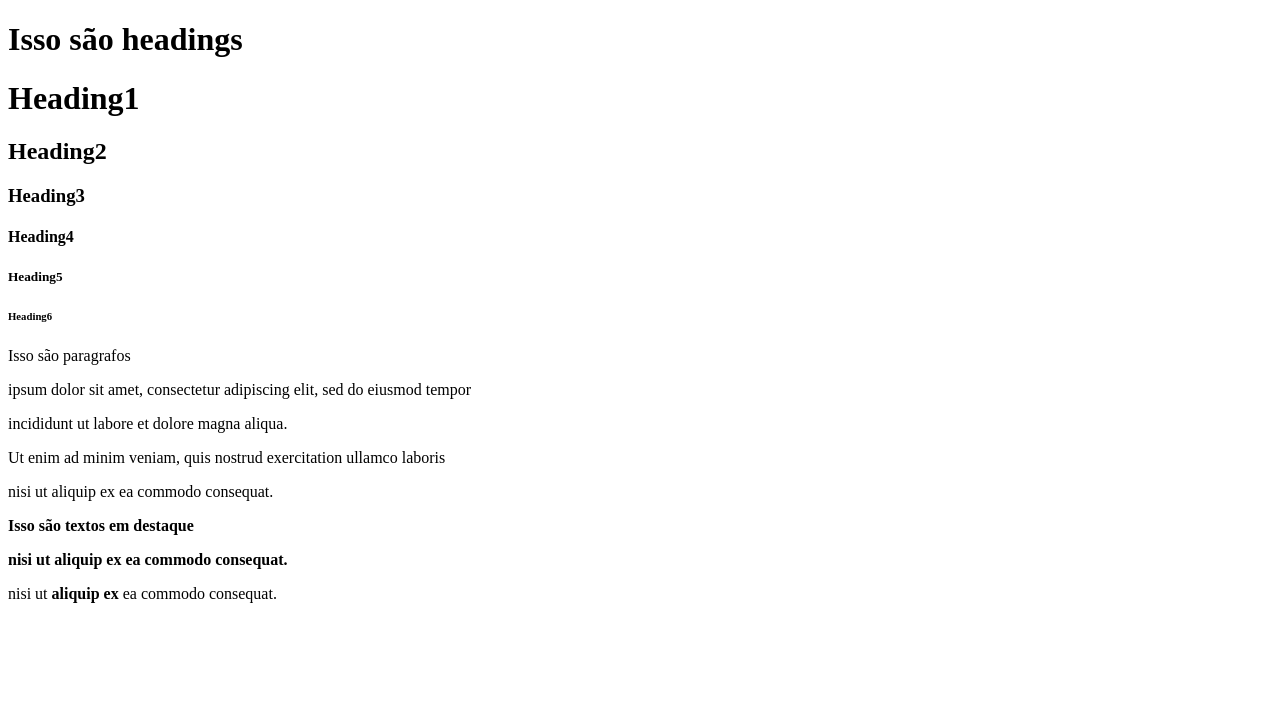
Repository: fnafelipe/TheOdinProject
Page: HTML/working-with-text/index.html
These files come from the project's save history. The page is drawn as it stood at one moment and after the next save; the edit follows.
The browser window is 1280 px wide. The pictures show the whole page.

Above is the page before, as saved 2026-09-02 20:44:04.

### HTML/working-with-text/index.html
<!DOCTYPE html>
<html lang="pt-br">
<head>
    <meta charset="UTF-8">
    <meta name="viewport" content="width=device-width, initial-scale=1.0">
    <title>Trabalhando com textos</title>
</head>
<body>
    <h1>Isso são headings</h1>

    <h1>Heading1</h1>
    <h2>Heading2</h2>
    <h3>Heading3</h3>
    <h4>Heading4</h4>
    <h5>Heading5</h5>
    <h6>Heading6</h6>

    <p>Isso são paragrafos</p>

    <p> ipsum dolor sit amet, consectetur adipiscing elit, sed do eiusmod tempor</p>
    <p>incididunt ut labore et dolore magna aliqua.</p>

    <p>Ut enim ad minim veniam, quis nostrud exercitation ullamco laboris</p>
    <p>nisi ut aliquip ex ea commodo consequat.</p>

    <b>Isso são textos em destaque</b>

    <p><b>nisi ut aliquip ex ea commodo consequat.</b></p>
    <p>nisi ut <b>aliquip ex</b> ea commodo consequat.</p>

</body>

</html>

After the next save:
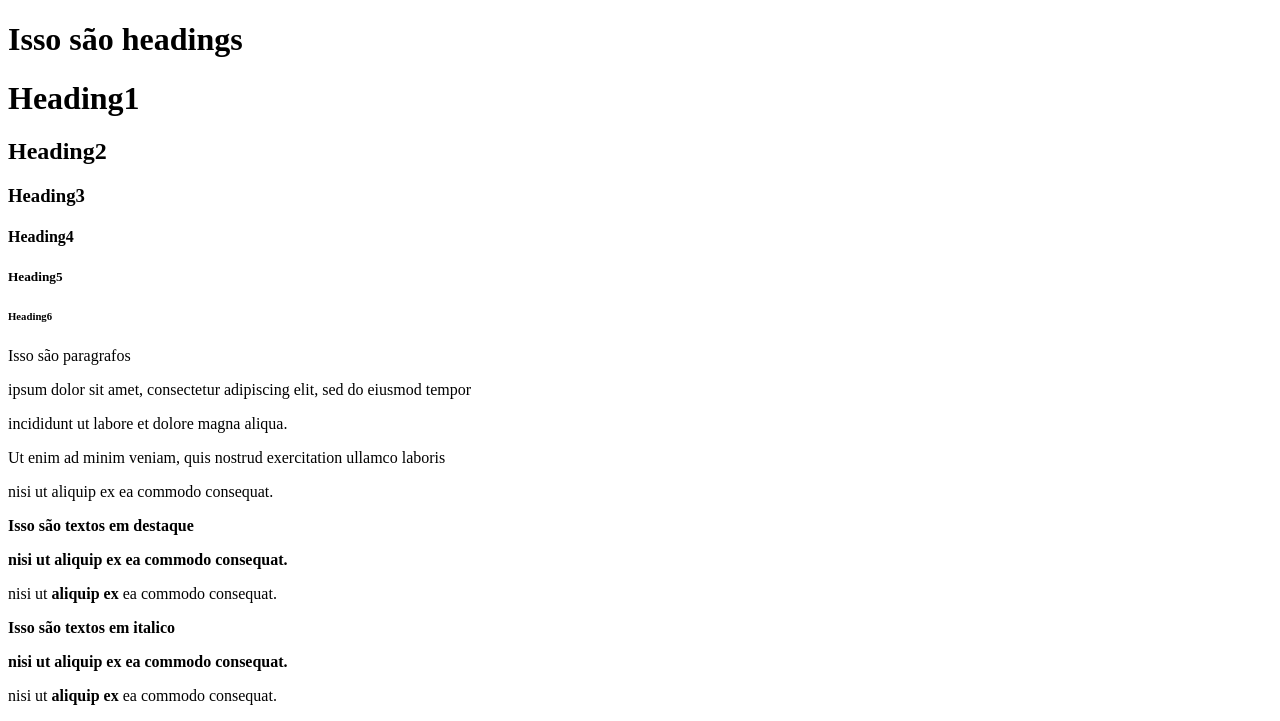
Saved 67 s later.
--- a/HTML/working-with-text/index.html
+++ b/HTML/working-with-text/index.html
@@ -28,6 +28,11 @@
     <p><b>nisi ut aliquip ex ea commodo consequat.</b></p>
     <p>nisi ut <b>aliquip ex</b> ea commodo consequat.</p>
 
+    <b>Isso são textos em italico</b>
+
+    <p><b>nisi ut aliquip ex ea commodo consequat.</b></p>
+    <p>nisi ut <b>aliquip ex</b> ea commodo consequat.</p>
+
 </body>
 
 </html>
